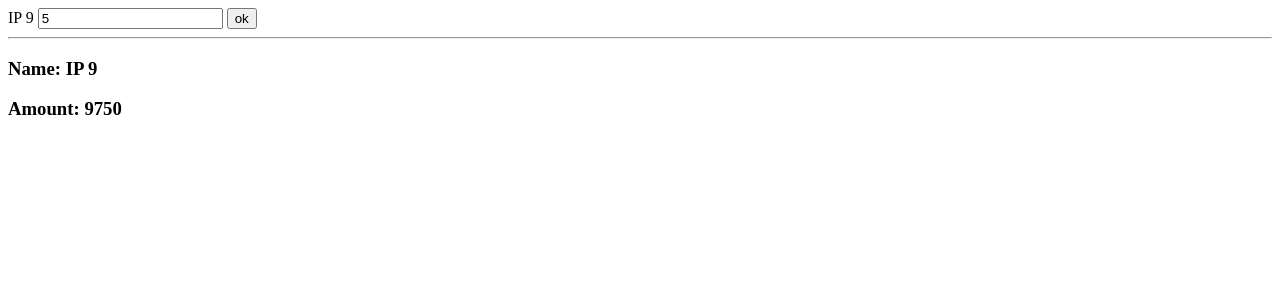
Repository: tienaq123/DuAn_1
Page: test.html
An editor plug-in stored every save of this project. The page is shown before and after the next save, followed by the edit.
The browser window is 1280 px wide. The pictures show the whole page.
Empty fields were first filled with sample values (such as "Sample", 5 or name@example.com).
After loading, the first visible `button` was clicked once.

Above is the page before, as saved 2023-07-31 10:38:06.

### test.html
<!DOCTYPE html>
<html lang="en">

<head>
    <meta charset="UTF-8">
    <meta name="viewport" content="width=device-width, initial-scale=1.0">
    <title>Document</title>
</head>

<body>
    <label id="pro" data-price="1950">IP 9</label>
    <input type="number" name="" id="qty">
    <button onclick="calculateAmount()">ok</button>
    <hr>
    <h3>Name: <span id="name">?</span></h3>
    <h3>Amount: <span id="amount">?</span></h3>
    <script>
        function calculateAmount() {
            // Lấy thông tin sản phẩm và số lượng từ DOM
            const productName = document.getElementById('pro').innerText;
            const productPrice = parseInt(document.getElementById('pro').getAttribute('data-price'));
            const quantity = parseInt(document.getElementById('qty').value);

            // Tính thành tiền
            const totalAmount = productPrice * quantity;

            // Cập nhật thông tin sản phẩm và thành tiền vào DOM
            document.getElementById('name').innerText = productName;
            document.getElementById('amount').innerText = totalAmount;
        }
    </script>
</body>


</html>

After the next save:
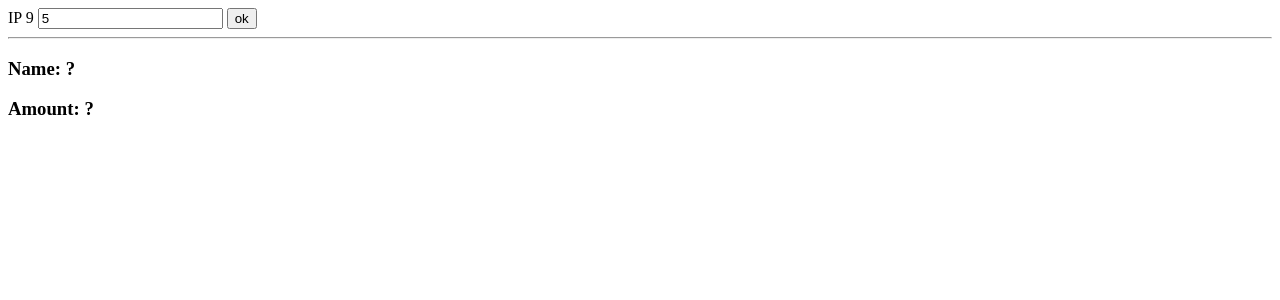
Console error: ReferenceError: calculateAmount is not defined
Saved 2 min 3 s later.
--- a/test.html
+++ b/test.html
@@ -15,16 +15,11 @@
     <h3>Name: <span id="name">?</span></h3>
     <h3>Amount: <span id="amount">?</span></h3>
     <script>
-        function calculateAmount() {
-            // Lấy thông tin sản phẩm và số lượng từ DOM
+        function display() {
             const productName = document.getElementById('pro').innerText;
             const productPrice = parseInt(document.getElementById('pro').getAttribute('data-price'));
             const quantity = parseInt(document.getElementById('qty').value);
-
-            // Tính thành tiền
             const totalAmount = productPrice * quantity;
-
-            // Cập nhật thông tin sản phẩm và thành tiền vào DOM
             document.getElementById('name').innerText = productName;
             document.getElementById('amount').innerText = totalAmount;
         }
